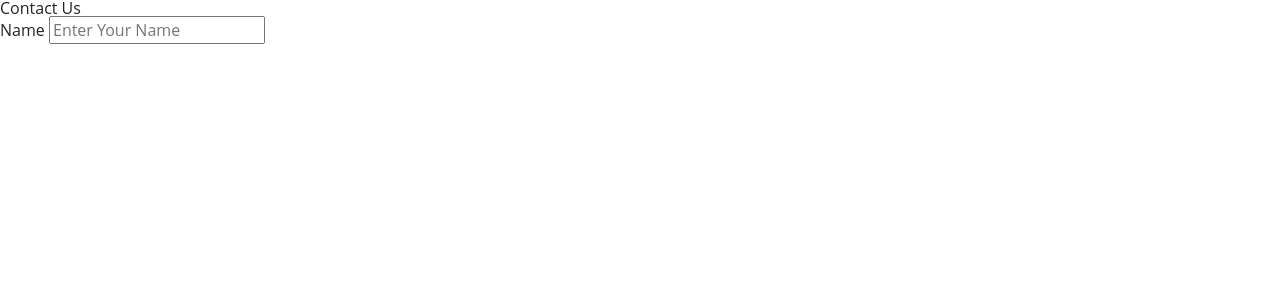
Repository: letrongtinh27/LapTrinhWeb
Page: form-contact/index.html
An editor plug-in stored every save of this project. The page is shown before and after the next save, followed by the edit.
The browser window is 1280 px wide. The pictures show the whole page.

Above is the page before, as saved 2022-10-09 10:58:35.

After the next save:
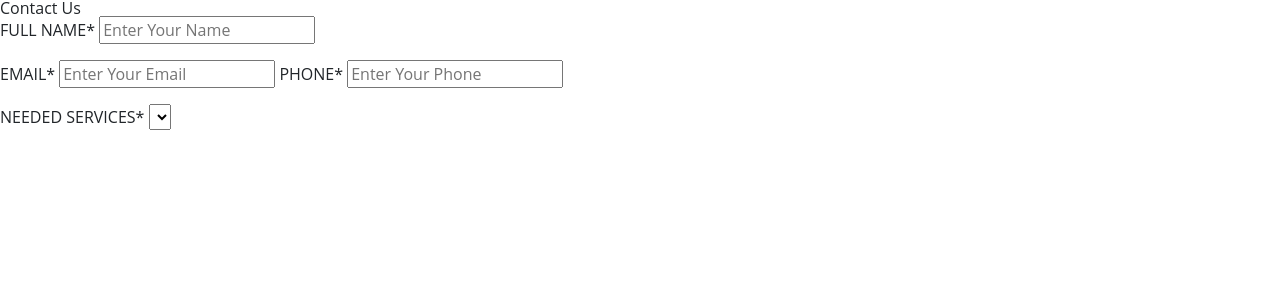
Saved 4 min 36 s later.
--- a/form-contact/index.html
+++ b/form-contact/index.html
@@ -14,8 +14,20 @@
         <h2 class="contact-title">Contact Us</h2>
         <form action="#" class="contact-form">
             <div class="form-group">
-                <label for="">Name</label>
+                <label for="">FULL NAME*</label>
                 <input type="text" class="form-input" placeholder="Enter Your Name">
+            </div>
+            <div class="form-group">
+                <label for="">EMAIL*</label>
+                <input type="email" class="form-input" placeholder="Enter Your Email">
+                <label for="">PHONE*</label>
+                <input type="email" class="form-input" placeholder="Enter Your Phone">
+            </div>
+            <div class="form-group">
+                <label for="">NEEDED SERVICES*</label>
+                <select name="service" id="">Please chooses
+
+                </select>
             </div>
         </form>
     </div>
